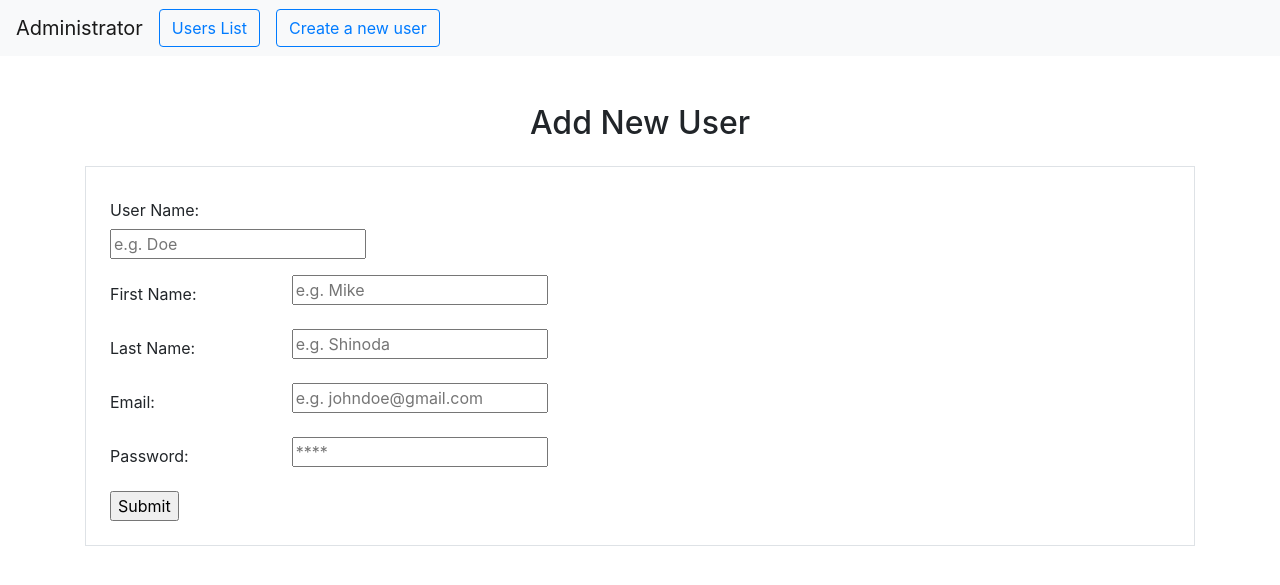
Repository: Dimitris-Kaler/Keycloak-Admin-Web-Interface
Page: http://localhost/rest-api/src/webapp/createUser.jsp
An editor plug-in stored every save of this project. The page is shown before and after the next save, followed by the edit.
The browser window is 1280 px wide. The pictures show the whole page.
The page is served by Tomcat 9.

Above is the page before, as saved 2023-12-22 18:45:43.

After the next save:
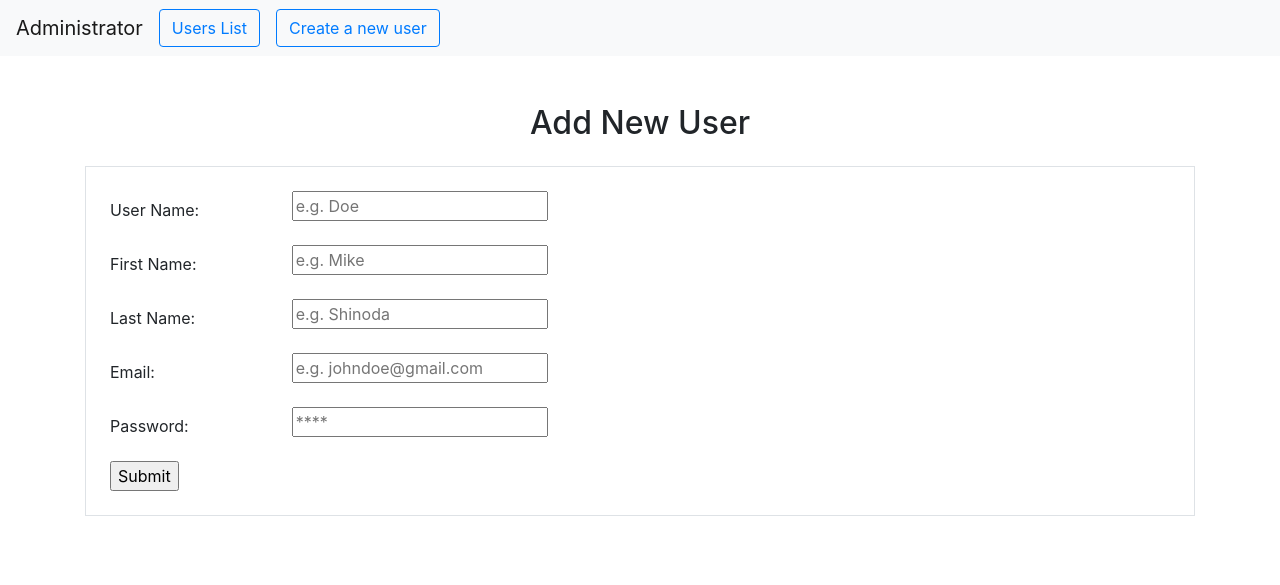
Saved 7 s later.
--- a/rest-api/src/webapp/createUser.jsp
+++ b/rest-api/src/webapp/createUser.jsp
@@ -33,7 +33,7 @@
 <h2 class="text-center mb-4">Add New User</h2>
 <form class="border p-4 form"action="addUser"method="POST" >
 <div class="form-group row">
-			<label for="Username" class="col-sm-3 col-form-label">User
+			<label for="Username" class="col-sm-2 col-form-label">User
 				Name:</label>
 			<div class="col-sm-10">
 				<input type="text" name="Username" placeholder="e.g. Doe">
